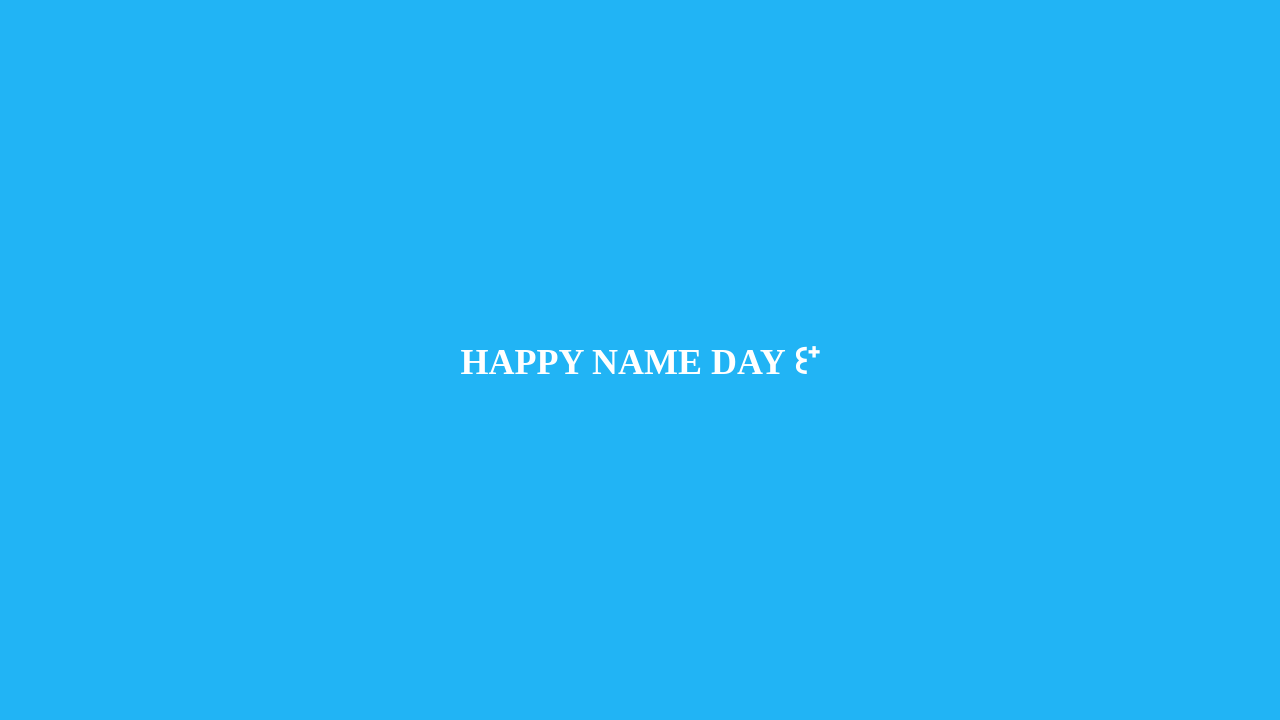
Repository: naps00/BIRTHDAY
Page: /details
These files come from the project's save history. The page is drawn as it stood at one moment and after the next save; the edit follows.
The browser window is 1280 px wide. The pictures show the whole page.
The project was rebuilt for these pictures with package versions that can differ from the ones it lists, and the page was loaded fresh each time.

Above is the page before, as saved 2024-12-12 04:00:19.

After the next save:
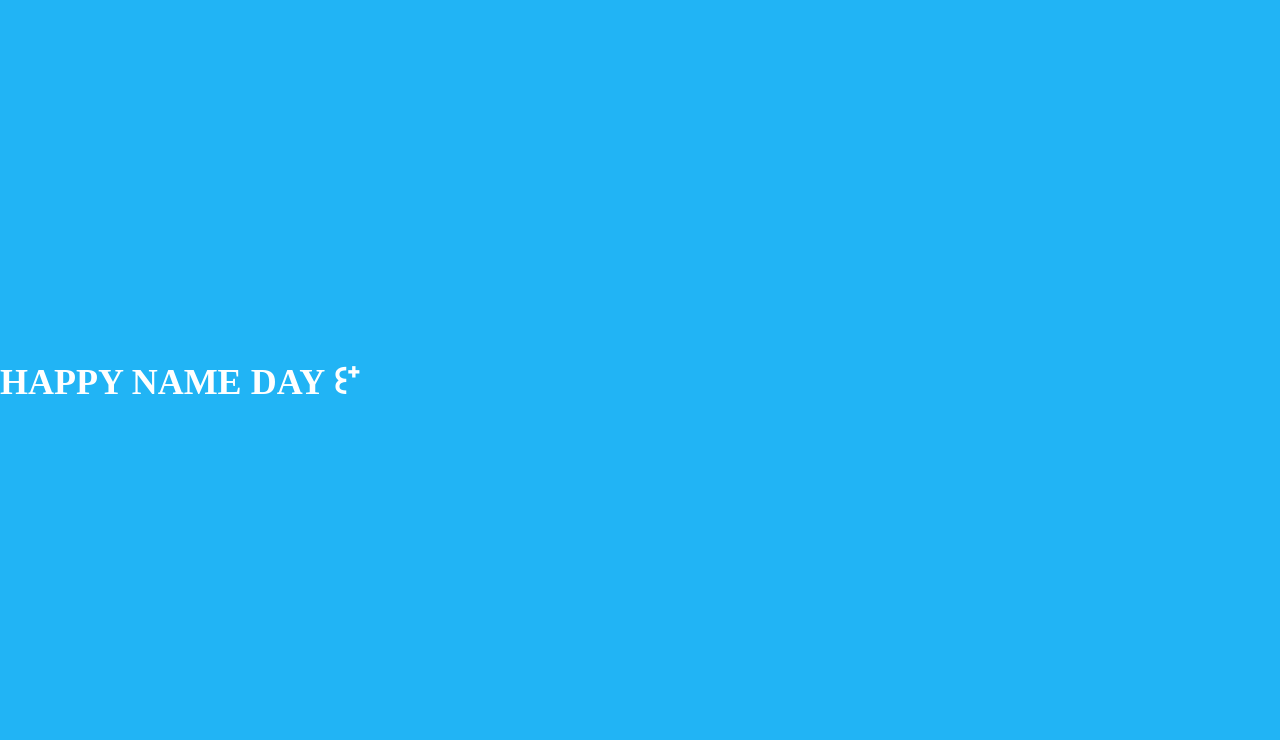
Saved 75 s later.
--- a/src/details.css
+++ b/src/details.css
@@ -1,8 +1,9 @@
 .details-page {
   display: flex;
-  justify-content: center;
+  justify-content: flex-start; /* จัดให้ข้อความอยู่ด้านบน */
   align-items: center;
   height: 100vh;
+  padding-top: 20px; /* เพิ่มระยะห่างจากด้านบน */
   transition: background-color 2s ease-in-out;
 }
 
@@ -19,4 +20,5 @@
   font-weight: bold;
   color: white;
   text-align: center;
+  margin: 0;
 }
